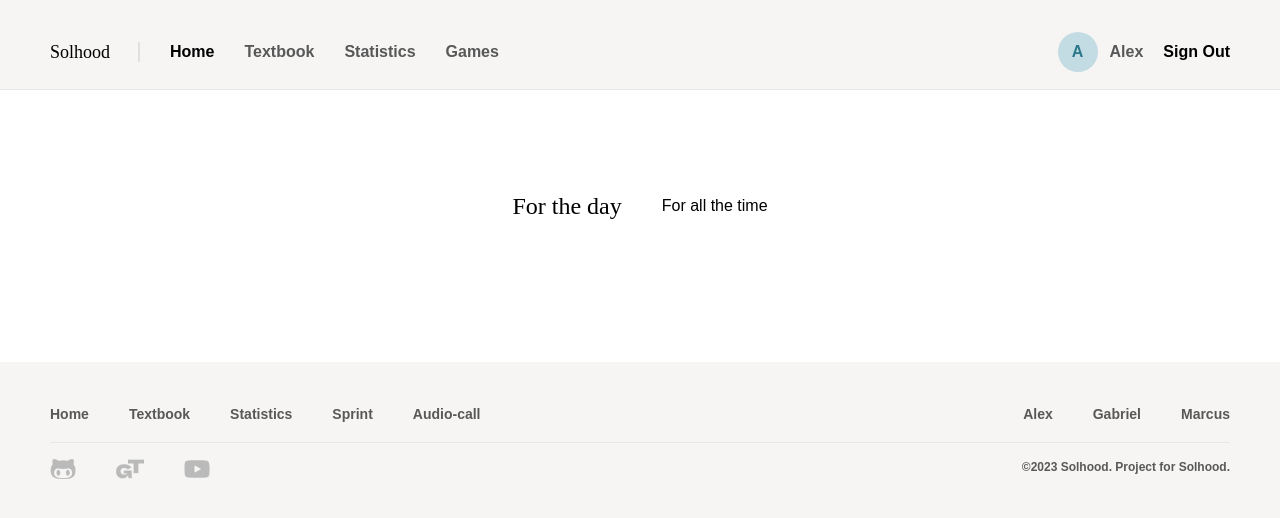
Repository: haudnn/solhood
Page: /statistics
An editor plug-in stored every save of this project. The page is shown before and after the next save, followed by the edit.
The browser window is 1280 px wide. The pictures show the whole page.
The project was rebuilt for these pictures with package versions that can differ from the ones it lists, and the page was loaded fresh each time. Also part of the build but not shown: src/pages/Home.tsx, src/pages/sprint/Sprint.tsx, src/pages/sprint/Game.tsx, src/pages/sprint/Result.tsx, src/pages/audio/Audio.tsx, src/pages/audio/Game.tsx, src/pages/audio/Result.tsx, src/hooks/useClickOutSide.ts and 2 more.

Above is the page before, as saved 2023-01-06 20:05:50.

After the next save:
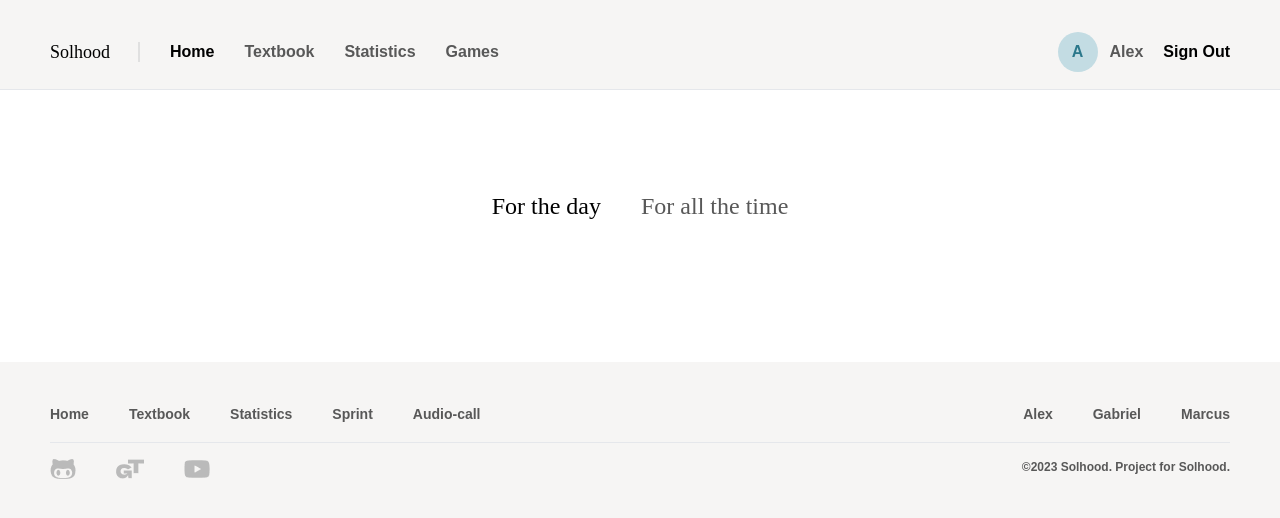
Saved 46 s later.
--- a/src/pages/statistics/Statistics.tsx
+++ b/src/pages/statistics/Statistics.tsx
@@ -7,7 +7,7 @@ const Statistics = () => {
             <div>
                 <div className="flex items-center pb-10 gap-x-10">
                     <span className="text-2xl text-black font-dela">For the day</span>
-                    <span>For all the time</span>
+                    <span className="text-2xl text-greydark font-dela">For all the time</span>
                 </div>
             </div>
         </div>
